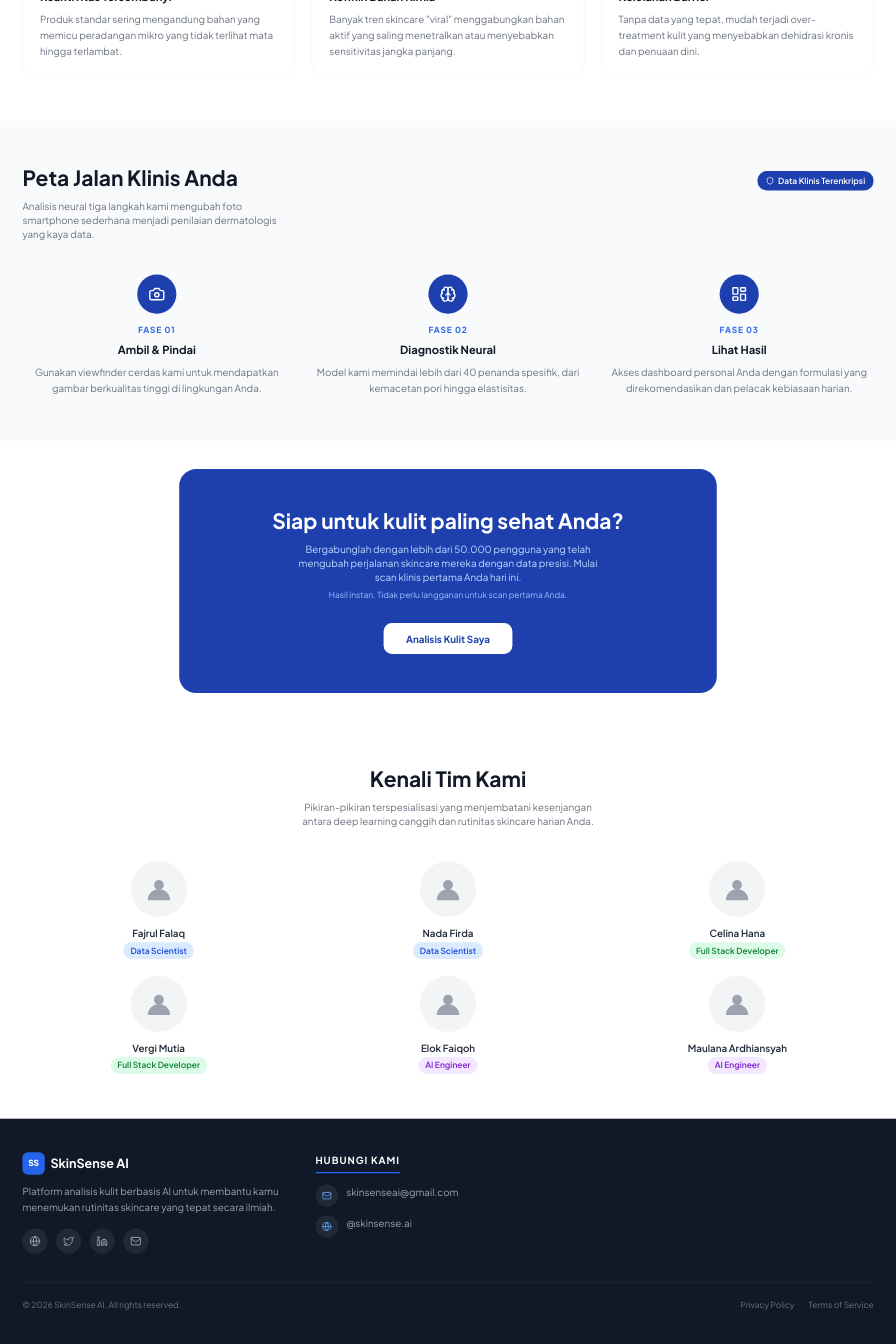
Repository: Celinahanaa/SkinSenseAI
Page: /
The author's editor kept a copy of each file at every save. The page is drawn from the files as they stood at one save, then again after the next save.
The browser window is 1280 px wide. The pictures show the part of the page from y = 1453 to 3373 px (the page is 3373 px tall before and 3350 px after), at 70% of full size.
Some web fonts or font styles are not loaded; a fallback is used. The project was rebuilt for these pictures with package versions that can differ from the ones it lists, and the page was loaded fresh each time. Also part of the build but not shown: vite.config.js, src/components/Navbar.jsx, frontend/src/services/api.js, frontend/src/context/AuthContext.jsx, frontend/src/components/ProtectedRoute.jsx, src/pages/Home.jsx, src/pages/Login.jsx, src/pages/Register.jsx and 5 more.

Above is the page before, as saved 2026-05-16 10:15:33.

### index.html
<!doctype html>
<html lang="en">
  <head>
    <meta charset="UTF-8" />
    <link rel="icon" type="image/svg+xml" href="/favicon.svg" />
    <meta name="viewport" content="width=device-width, initial-scale=1.0" />
    <title>skinsense-ai</title>
  </head>
  <body>
    <div id="root"></div>
    <script type="module" src="/src/main.jsx"></script>
  </body>
</html>

### src/index.css
@import url('https://fonts.googleapis.com/css2?family=Plus+Jakarta+Sans:wght@300;400;500;600;700;800&family=Playfair+Display:ital,wght@0,700;0,800;1,700&display=swap');

@tailwind base;
@tailwind components;
@tailwind utilities;

@layer base {
  body {
    font-family: 'Plus Jakarta Sans', sans-serif;
    background-color: #f8faff;
    color: #1a1a2e;
    -webkit-font-smoothing: antialiased;
  }
}

@layer components {
  .btn-primary {
    @apply bg-blue-800 text-white font-semibold px-6 py-3 rounded-xl hover:bg-blue-900 transition-all duration-200 flex items-center justify-center gap-2 cursor-pointer;
  }
  .btn-outline {
    @apply border-2 border-gray-200 bg-white text-gray-700 font-semibold px-6 py-3 rounded-xl hover:border-blue-800 hover:text-blue-800 transition-all duration-200 flex items-center justify-center gap-2 cursor-pointer;
  }
  .card {
    @apply bg-white rounded-2xl p-6;
    box-shadow: 0 2px 20px rgba(30, 58, 138, 0.08);
  }
  .input-field {
    @apply w-full border border-gray-200 rounded-xl px-4 py-3 pl-11 text-gray-800 placeholder-gray-400 focus:outline-none focus:border-blue-600 transition-all bg-gray-50 text-sm;
  }
  .nav-link {
    @apply text-gray-600 hover:text-blue-800 font-medium text-sm transition-colors cursor-pointer;
  }
}

@keyframes fadeInUp {
  from { opacity: 0; transform: translateY(24px); }
  to   { opacity: 1; transform: translateY(0); }
}
@keyframes fadeIn {
  from { opacity: 0; }
  to   { opacity: 1; }
}
@keyframes scanLine {
  0%   { top: 0%; }
  100% { top: 95%; }
}
@keyframes float {
  0%, 100% { transform: translateY(0px); }
  50%       { transform: translateY(-8px); }
}
@keyframes spin-slow {
  from { transform: rotate(0deg); }
  to   { transform: rotate(360deg); }
}
@keyframes float {
  0%, 100% { transform: translateY(0px); }
  50% { transform: translateY(-10px); }
}

.animate-fade-in-up { animation: fadeInUp 0.7s ease-out forwards; }
.animate-fade-in { animation: fadeIn 0.5s ease-out forwards; }
.animate-float { animation: float 3s ease-in-out infinite; }
.animate-spin-slow { animation: spin-slow 8s linear infinite; }
.scan-line { position: absolute; left: 0; right: 0; height: 2px; background: linear-gradient(90deg, transparent, #3b5fc0, transparent); animation: scanLine 1.8s linear infinite; }
.delay-100 { animation-delay: 100ms; }
.delay-200 { animation-delay: 200ms; }
.delay-300 { animation-delay: 300ms; }
.delay-400 { animation-delay: 400ms; }
.delay-500 { animation-delay: 500ms; }

### src/App.jsx
import { BrowserRouter, Routes, Route } from 'react-router-dom';
import { AuthProvider } from './context/AuthContext';
import { ThemeProvider } from './context/ThemeContext';
import { LanguageProvider } from './context/LanguageContext';
import Navbar from './components/Navbar';
import ProtectedRoute from './components/ProtectedRoute';

import Landing from './pages/LandingPage';
import Home from './pages/Home';
import Login from './pages/Login';
import Register from './pages/Register';
import Analysis from './pages/Analysis';
import Result from './pages/Result';
import History from './pages/History';
import Profile from './pages/Profile';
import EditProfile from './pages/EditProfile';

function Layout({ children }) {
  return (
    <div className="min-h-screen flex flex-col">
      <Navbar />
      <main className="flex-1">{children}</main>
    </div>
  );
}

export default function App() {
  return (
    <BrowserRouter>
      <AuthProvider>
        <ThemeProvider>
          <LanguageProvider>
            <Routes>
              <Route path="/" element={<Landing />} />
              <Route path="/login" element={<Login />} />
              <Route path="/register" element={<Register />} />
              <Route path="/home" element={<Layout><ProtectedRoute><Home /></ProtectedRoute></Layout>} />
              <Route path="/analysis" element={<Layout><ProtectedRoute><Analysis /></ProtectedRoute></Layout>} />
              <Route path="/result" element={<ProtectedRoute><Result /></ProtectedRoute>} />
              <Route path="/history" element={<Layout><ProtectedRoute><History /></ProtectedRoute></Layout>} />
              <Route path="/profile" element={<Layout><ProtectedRoute><Profile /></ProtectedRoute></Layout>} />
              <Route path="/editprofile" element={<ProtectedRoute><EditProfile /></ProtectedRoute>} />
            </Routes>
          </LanguageProvider>
        </ThemeProvider>
      </AuthProvider>
    </BrowserRouter>
  );
}

### src/context/AuthContext.jsx
import { createContext, useContext, useState, useEffect } from 'react';
import { apiLogin, apiRegister, apiGetProfile } from '../services/api';

const AuthContext = createContext(null);

export function AuthProvider({ children }) {
  const [user, setUser] = useState(null);
  const [loading, setLoading] = useState(true); // cek token saat app dibuka

  // Saat app pertama dibuka, cek apakah ada token tersimpan
  useEffect(() => {
    const token = localStorage.getItem('token');
    if (token) {
      // Ambil data profil pakai token yang ada
      apiGetProfile()
        .then(profile => setUser(profile))
        .catch(() => {
          // Token expired/invalid, hapus
          localStorage.removeItem('token');
        })
        .finally(() => setLoading(false));
    } else {
      setLoading(false);
    }
  }, []);

const login = async (email, password) => {
  const data = await apiLogin(email, password);
  localStorage.setItem('token', data.token);
  // ✅ fetch profile lengkap termasuk skin_type & skin_concerns
  const profile = await apiGetProfile();
  setUser(profile);
  return data;
};

const register = async (name, email, password) => {
  const data = await apiRegister(name, email, password);
  localStorage.setItem('token', data.token);
  // ✅ sama di register
  const profile = await apiGetProfile();
  setUser(profile);
  return data;
};

  const logout = () => {
    localStorage.removeItem('token');
    setUser(null);
  };

  // Jangan render app dulu sebelum selesai cek token
  if (loading) return null;

  return (
    <AuthContext.Provider value={{ user, setUser, login, register, logout }}>
      {children}
    </AuthContext.Provider>
  );
}

// Di AuthContext.jsx, ubah baris terakhir
export const useAuth = () => {
  const context = useContext(AuthContext);
  if (context === null) {
    throw new Error('useAuth harus digunakan di dalam AuthProvider');
  }
  return context;
};

### src/context/ThemeContext.jsx
import { createContext, useContext, useState, useEffect } from 'react';

const ThemeContext = createContext();

export function ThemeProvider({ children }) {
  const [dark, setDark] = useState(false);

  useEffect(() => {
    if (dark) {
      document.documentElement.classList.add('dark');
    } else {
      document.documentElement.classList.remove('dark');
    }
  }, [dark]);

  return (
    <ThemeContext.Provider value={{ dark, setDark }}>
      {children}
    </ThemeContext.Provider>
  );
}

export const useTheme = () => useContext(ThemeContext);

### src/components/Footer.jsx
import { Link } from 'react-router-dom';
import { Globe, Twitter, Linkedin, Mail } from 'lucide-react';
import { useAuth } from '../context/AuthContext';

export default function Footer() {
  const { user } = useAuth();

  const footerLinks = [
    { to: '/home', label: 'Home' },
    { to: '/analysis', label: 'Analysis' },
    { to: '/history', label: 'History' },
    { to: '/profile', label: 'Profile' },
  ];

  return (
    <footer className="bg-gray-900 text-white mt-auto">
      <div className="max-w-7xl mx-auto px-4 sm:px-6 lg:px-8 py-12">
        <div className="grid grid-cols-1 md:grid-cols-3 gap-10">

          {/* Brand */}
          <div>
            <div className="flex items-center gap-2 mb-3">
              <div className="w-8 h-8 bg-blue-600 rounded-lg flex items-center justify-center">
                <span className="text-white text-xs font-black">SS</span>
              </div>
              <span className="font-bold text-white text-lg">SkinSense AI</span>
            </div>
            <p className="text-gray-400 text-sm leading-relaxed">
              Platform analisis kulit berbasis AI untuk membantu kamu menemukan rutinitas skincare yang tepat secara ilmiah.
            </p>
            <div className="flex items-center gap-3 mt-5">
              <button className="w-9 h-9 rounded-full bg-gray-800 flex items-center justify-center hover:bg-blue-600 transition-colors text-gray-400 hover:text-white">
                <Globe size={16} />
              </button>
              <button className="w-9 h-9 rounded-full bg-gray-800 flex items-center justify-center hover:bg-blue-600 transition-colors text-gray-400 hover:text-white">
                <Twitter size={16} />
              </button>
              <button className="w-9 h-9 rounded-full bg-gray-800 flex items-center justify-center hover:bg-blue-600 transition-colors text-gray-400 hover:text-white">
                <Linkedin size={16} />
              </button>
              <button className="w-9 h-9 rounded-full bg-gray-800 flex items-center justify-center hover:bg-blue-600 transition-colors text-gray-400 hover:text-white">
                <Mail size={16} />
              </button>
            </div>
          </div>

          {/* Menu */}
          {user && (
            <div>
              <h3 className="font-bold text-white mb-4 text-sm uppercase tracking-widest border-b-2 border-blue-600 pb-2 w-fit">Menu Utama</h3>
              <ul className="space-y-2">
                {footerLinks.map((link) => (
                  <li key={link.to}>
                    <Link
                      to={link.to}
                      className="text-gray-400 hover:text-white text-sm transition-colors flex items-center gap-2"
                    >
                      <span className="text-blue-500">›</span> {link.label}
                    </Link>
                  </li>
                ))}
              </ul>
            </div>
          )}

          {/* Hubungi Kami */}
          <div>
            <h3 className="font-bold text-white mb-4 text-sm uppercase tracking-widest border-b-2 border-blue-600 pb-2 w-fit">Hubungi Kami</h3>
            <div className="space-y-3">
              <div className="flex items-start gap-3">
                <div className="w-8 h-8 bg-gray-800 rounded-full flex items-center justify-center flex-shrink-0">
                  <Mail size={14} className="text-blue-400" />
                </div>
                <p className="text-gray-400 text-sm leading-relaxed">skinsenseai@gmail.com</p>
              </div>
              <div className="flex items-start gap-3">
                <div className="w-8 h-8 bg-gray-800 rounded-full flex items-center justify-center flex-shrink-0">
                  <Globe size={14} className="text-blue-400" />
                </div>
                <p className="text-gray-400 text-sm leading-relaxed">@skinsense.ai</p>
              </div>
            </div>
          </div>

        </div>

        {/* Bottom bar */}
        <div className="border-t border-gray-800 mt-10 pt-6 flex flex-col sm:flex-row justify-between items-center gap-3">
          <p className="text-gray-500 text-xs">© 2026 SkinSense AI. All rights reserved.</p>
          <div className="flex gap-5 text-xs text-gray-500">
            <span className="hover:text-white cursor-pointer transition-colors">Privacy Policy</span>
            <span className="hover:text-white cursor-pointer transition-colors">Terms of Service</span>
          </div>
        </div>
      </div>
    </footer>
  );
}

### src/components/FaceScanHero.jsx
import { useEffect, useRef } from 'react';

export default function FaceScanHero() {
  const scanRef = useRef(null);

  useEffect(() => {
    let pos = -130;
    let dir = 1;
    const interval = setInterval(() => {
      pos += dir * 1.2;
      if (pos >= 130) dir = -1;
      if (pos <= -130) dir = 1;
      if (scanRef.current) {
        scanRef.current.style.transform = `translateY(${pos}px)`;
      }
    }, 16);
    return () => clearInterval(interval);
  }, []);

  return (
    <div className="relative flex items-center justify-center w-full h-full min-h-[460px]">

      {/* Glow */}
      <div className="absolute w-72 h-72 rounded-full bg-blue-100 dark:bg-blue-900/20 opacity-60"
        style={{ filter: 'blur(48px)' }} />

      {/* Ring orbits */}
      <div
        className="absolute w-80 h-80 rounded-full border border-dashed border-blue-200 dark:border-blue-800"
        style={{ animation: 'spin 12s linear infinite' }}
      />
      <div
        className="absolute w-[26rem] h-[26rem] rounded-full border border-dashed border-indigo-100 dark:border-indigo-900"
        style={{ animation: 'spin 20s linear infinite reverse' }}
      />

      {/* Face wrapper */}
      <div
        className="relative w-60 h-80"
        style={{ animation: 'float 4s ease-in-out infinite' }}
      >
        {/* Corner brackets */}
        <div className="absolute top-0 left-0 w-5 h-5 border-t-2 border-l-2 border-blue-500 opacity-80 z-10" />
        <div className="absolute top-0 right-0 w-5 h-5 border-t-2 border-r-2 border-blue-500 opacity-80 z-10" />
        <div className="absolute bottom-0 left-0 w-5 h-5 border-b-2 border-l-2 border-blue-500 opacity-80 z-10" />
        <div className="absolute bottom-0 right-0 w-5 h-5 border-b-2 border-r-2 border-blue-500 opacity-80 z-10" />

        {/* SVG: foto + efek overlay */}
        <svg
          viewBox="0 0 260 320"
          xmlns="http://www.w3.org/2000/svg"
          className="w-full h-full"
        >
          <defs>
            {/* Clip oval untuk foto */}
            <clipPath id="faceClip">
              <ellipse cx="130" cy="155" rx="115" ry="148" />
            </clipPath>
          </defs>

          {/* ✅ Foto asli */}
          <image
            href="/images/face-model.jpg"
            x="-10" y="0"
            width="280" height="320"
            clipPath="url(#faceClip)"
            preserveAspectRatio="xMidYMid slice"
          />

          {/* Mesh dots overlay di atas foto */}
          <g fill="rgba(59,130,246,0.30)" clipPath="url(#faceClip)">
            <circle cx="70"  cy="110" r="1.5"/><circle cx="90"  cy="95"  r="1.5"/>
            <circle cx="112" cy="88"  r="1.5"/><circle cx="130" cy="85"  r="1.5"/>
            <circle cx="148" cy="88"  r="1.5"/><circle cx="170" cy="95"  r="1.5"/>
            <circle cx="188" cy="110" r="1.5"/><circle cx="65"  cy="135" r="1.5"/>
            <circle cx="85"  cy="148" r="1.5"/><circle cx="108" cy="155" r="1.5"/>
            <circle cx="130" cy="158" r="1.5"/><circle cx="152" cy="155" r="1.5"/>
            <circle cx="175" cy="148" r="1.5"/><circle cx="193" cy="135" r="1.5"/>
            <circle cx="72"  cy="170" r="1.5"/><circle cx="95"  cy="183" r="1.5"/>
            <circle cx="118" cy="195" r="1.5"/><circle cx="142" cy="195" r="1.5"/>
            <circle cx="165" cy="183" r="1.5"/><circle cx="186" cy="170" r="1.5"/>
            <circle cx="88"  cy="215" r="1.5"/><circle cx="130" cy="225" r="1.5"/>
            <circle cx="172" cy="215" r="1.5"/>
          </g>

          {/* Thin grid lines overlay */}
          <g stroke="rgba(59,130,246,0.12)" strokeWidth="0.5" clipPath="url(#faceClip)">
            <line x1="15" y1="107" x2="245" y2="107"/>
            <line x1="15" y1="145" x2="245" y2="145"/>
            <line x1="15" y1="183" x2="245" y2="183"/>
            <line x1="15" y1="221" x2="245" y2="221"/>
            <line x1="65"  y1="15" x2="65"  y2="305"/>
            <line x1="108" y1="15" x2="108" y2="305"/>
            <line x1="152" y1="15" x2="152" y2="305"/>
            <line x1="195" y1="15" x2="195" y2="305"/>
          </g>

          {/* Eye ring pulse — mata kiri */}
          <circle cx="88" cy="128" r="4" fill="none" stroke="#3b82f6" strokeWidth="1">
            <animate attributeName="r" values="4;10;4" dur="2.2s" repeatCount="indefinite"/>
            <animate attributeName="opacity" values="0.9;0;0.9" dur="2.2s" repeatCount="indefinite"/>
          </circle>

          {/* Eye ring pulse — mata kanan */}
          <circle cx="172" cy="128" r="4" fill="none" stroke="#3b82f6" strokeWidth="1">
            <animate attributeName="r" values="4;10;4" dur="2.2s" begin="0.4s" repeatCount="indefinite"/>
            <animate attributeName="opacity" values="0.9;0;0.9" dur="2.2s" begin="0.4s" repeatCount="indefinite"/>
          </circle>

          {/* Nose bridge dot */}
          <circle cx="130" cy="185" r="3" fill="none" stroke="#60a5fa" strokeWidth="1">
            <animate attributeName="r" values="3;6;3" dur="3s" begin="0.8s" repeatCount="indefinite"/>
            <animate attributeName="opacity" values="0.7;0;0.7" dur="3s" begin="0.8s" repeatCount="indefinite"/>
          </circle>

          {/* Subtle blue tint overlay */}
          <ellipse cx="130" cy="155" rx="115" ry="148"
            fill="rgba(59,130,246,0.04)" />
        </svg>

        {/* Scan line */}
        <div
          ref={scanRef}
          className="absolute left-0 right-0 h-0.5 z-10 pointer-events-none"
          style={{
            top: '50%',
            background: 'linear-gradient(90deg, transparent, #3b82f6, #93c5fd, #3b82f6, transparent)',
            boxShadow: '0 0 10px #3b82f6, 0 0 2px #93c5fd',
          }}
        />
      </div>

      {/* Analysis tags */}
      <div className="absolute left-2 top-14 bg-white dark:bg-gray-800 border border-blue-200 dark:border-blue-800 rounded-lg px-3 py-1.5 text-xs flex items-center gap-2 shadow-sm">
        <span className="w-2 h-2 rounded-full bg-green-500 flex-shrink-0" />
        <span className="text-gray-500 dark:text-gray-400">Hidrasi</span>
        <span className="font-semibold text-gray-800 dark:text-white">82%</span>
      </div>

      <div className="absolute right-2 top-24 bg-white dark:bg-gray-800 border border-blue-200 dark:border-blue-800 rounded-lg px-3 py-1.5 text-xs flex items-center gap-2 shadow-sm">
        <span className="w-2 h-2 rounded-full bg-yellow-400 flex-shrink-0" />
        <span className="text-gray-500 dark:text-gray-400">UV Damage</span>
        <span className="font-semibold text-gray-800 dark:text-white">Rendah</span>
      </div>

      <div className="absolute right-2 bottom-28 bg-white dark:bg-gray-800 border border-blue-200 dark:border-blue-800 rounded-lg px-3 py-1.5 text-xs flex items-center gap-2 shadow-sm">
        <span className="w-2 h-2 rounded-full bg-blue-500 flex-shrink-0" />
        <span className="text-gray-500 dark:text-gray-400">Skin Type</span>
        <span className="font-semibold text-gray-800 dark:text-white">Kombinasi</span>
      </div>

      <div className="absolute left-2 bottom-20 bg-white dark:bg-gray-800 border border-blue-200 dark:border-blue-800 rounded-lg px-3 py-1.5 text-xs flex items-center gap-2 shadow-sm">
        <span className="w-2 h-2 rounded-full bg-purple-500 flex-shrink-0" />
        <span className="text-gray-500 dark:text-gray-400">Pori-pori</span>
        <span className="font-semibold text-gray-800 dark:text-white">Normal</span>
      </div>

      <div className="absolute bottom-4 left-1/2 -translate-x-1/2 bg-white dark:bg-gray-800 border border-blue-200 dark:border-blue-800 rounded-lg px-3 py-1.5 text-xs flex items-center gap-2 shadow-sm">
        <span className="w-2 h-2 rounded-full bg-pink-500 flex-shrink-0"
          style={{ animation: 'pulse 1.5s ease-in-out infinite' }} />
        <span className="text-gray-500 dark:text-gray-400">AI Confidence</span>
        <span className="font-semibold text-blue-600 dark:text-blue-400">98.4%</span>
      </div>
    </div>
  );
}

Loaded but not shown: src/main.jsx (common file); src/services/api.js (116 lines, source omitted); tailwind.config.js (30 lines, source omitted); src/context/LanguageContext.jsx (260 lines, source omitted); src/pages/LandingPage.jsx (229 lines, source omitted)

After the next save:
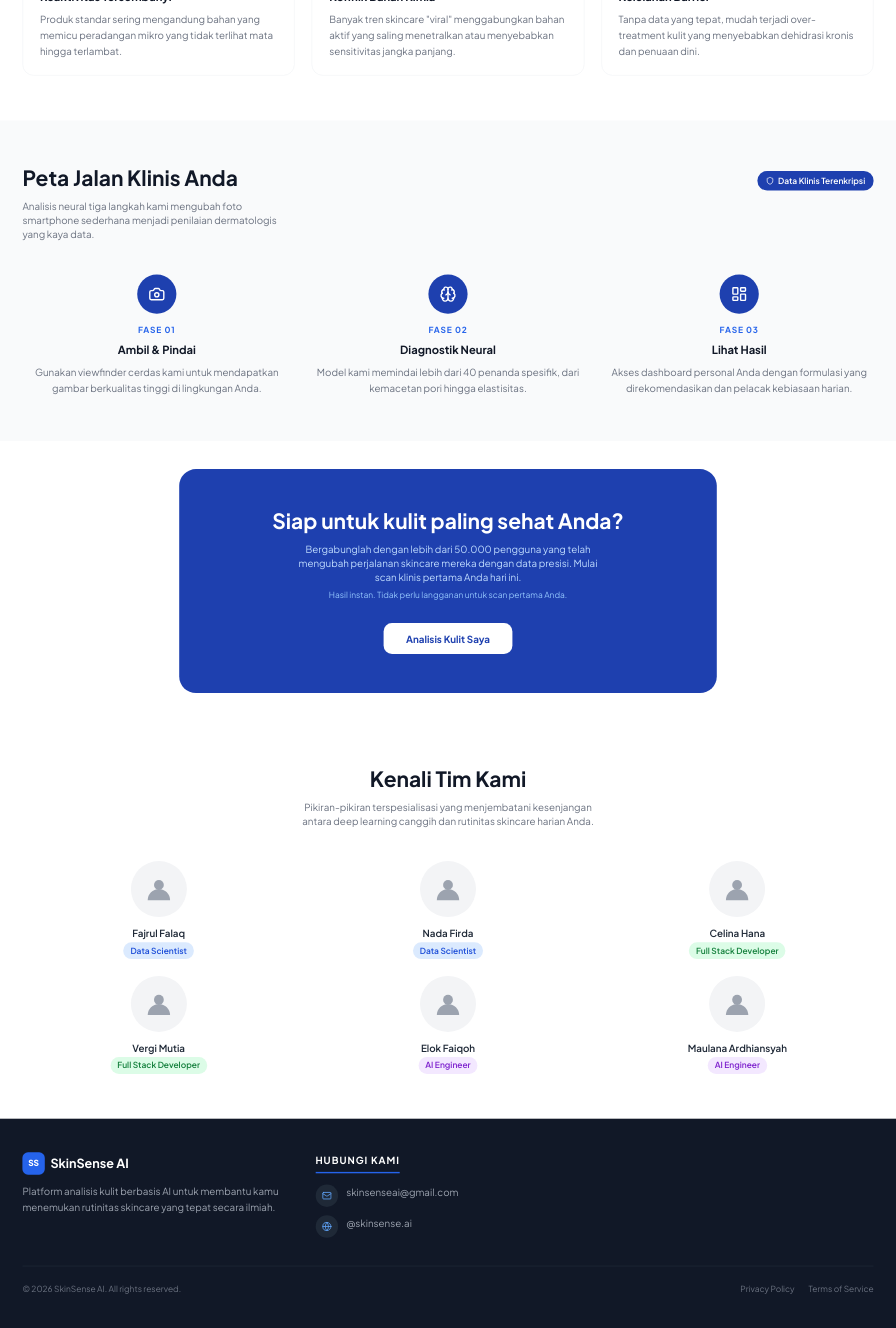
Saved 2 min 4 s later.
--- a/src/components/Footer.jsx
+++ b/src/components/Footer.jsx
@@ -1,5 +1,5 @@
 import { Link } from 'react-router-dom';
-import { Globe, Twitter, Linkedin, Mail } from 'lucide-react';
+import { Mail, Globe } from 'lucide-react';
 import { useAuth } from '../context/AuthContext';
 
 export default function Footer() {
@@ -28,20 +28,6 @@ export default function Footer() {
             <p className="text-gray-400 text-sm leading-relaxed">
               Platform analisis kulit berbasis AI untuk membantu kamu menemukan rutinitas skincare yang tepat secara ilmiah.
             </p>
-            <div className="flex items-center gap-3 mt-5">
-              <button className="w-9 h-9 rounded-full bg-gray-800 flex items-center justify-center hover:bg-blue-600 transition-colors text-gray-400 hover:text-white">
-                <Globe size={16} />
-              </button>
-              <button className="w-9 h-9 rounded-full bg-gray-800 flex items-center justify-center hover:bg-blue-600 transition-colors text-gray-400 hover:text-white">
-                <Twitter size={16} />
-              </button>
-              <button className="w-9 h-9 rounded-full bg-gray-800 flex items-center justify-center hover:bg-blue-600 transition-colors text-gray-400 hover:text-white">
-                <Linkedin size={16} />
-              </button>
-              <button className="w-9 h-9 rounded-full bg-gray-800 flex items-center justify-center hover:bg-blue-600 transition-colors text-gray-400 hover:text-white">
-                <Mail size={16} />
-              </button>
-            </div>
           </div>
 
           {/* Menu */}
